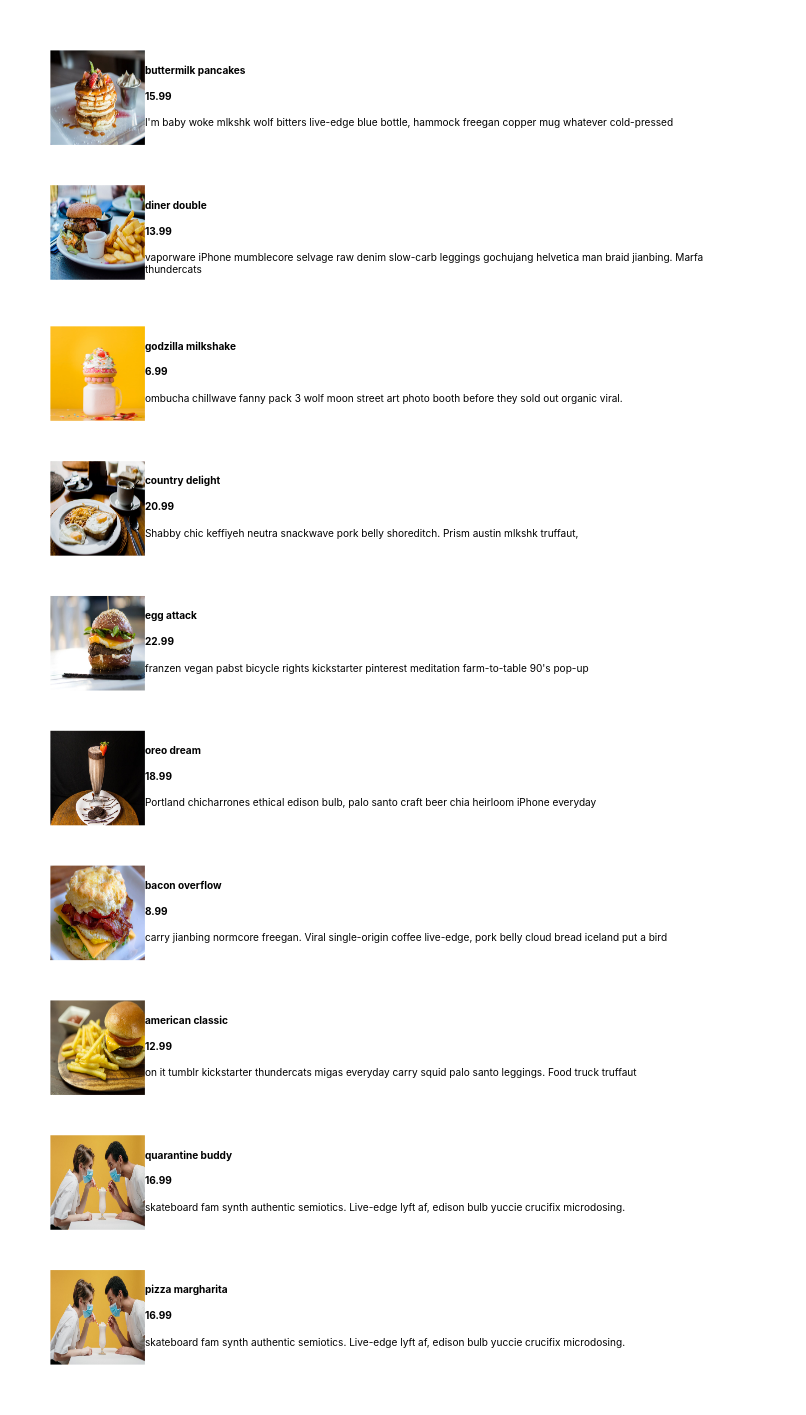
Repository: gligor99/menu-ts-react
Page: /
These files come from the project's save history. The page is drawn as it stood at one moment and after the next save; the edit follows.
The browser window is 1280 px wide. The pictures show the whole page, at 63% of full size.
The project was rebuilt for these pictures with package versions that can differ from the ones it lists, and the page was loaded fresh each time.

Above is the page before, as saved 2021-11-24 22:59:57.

After the next save:
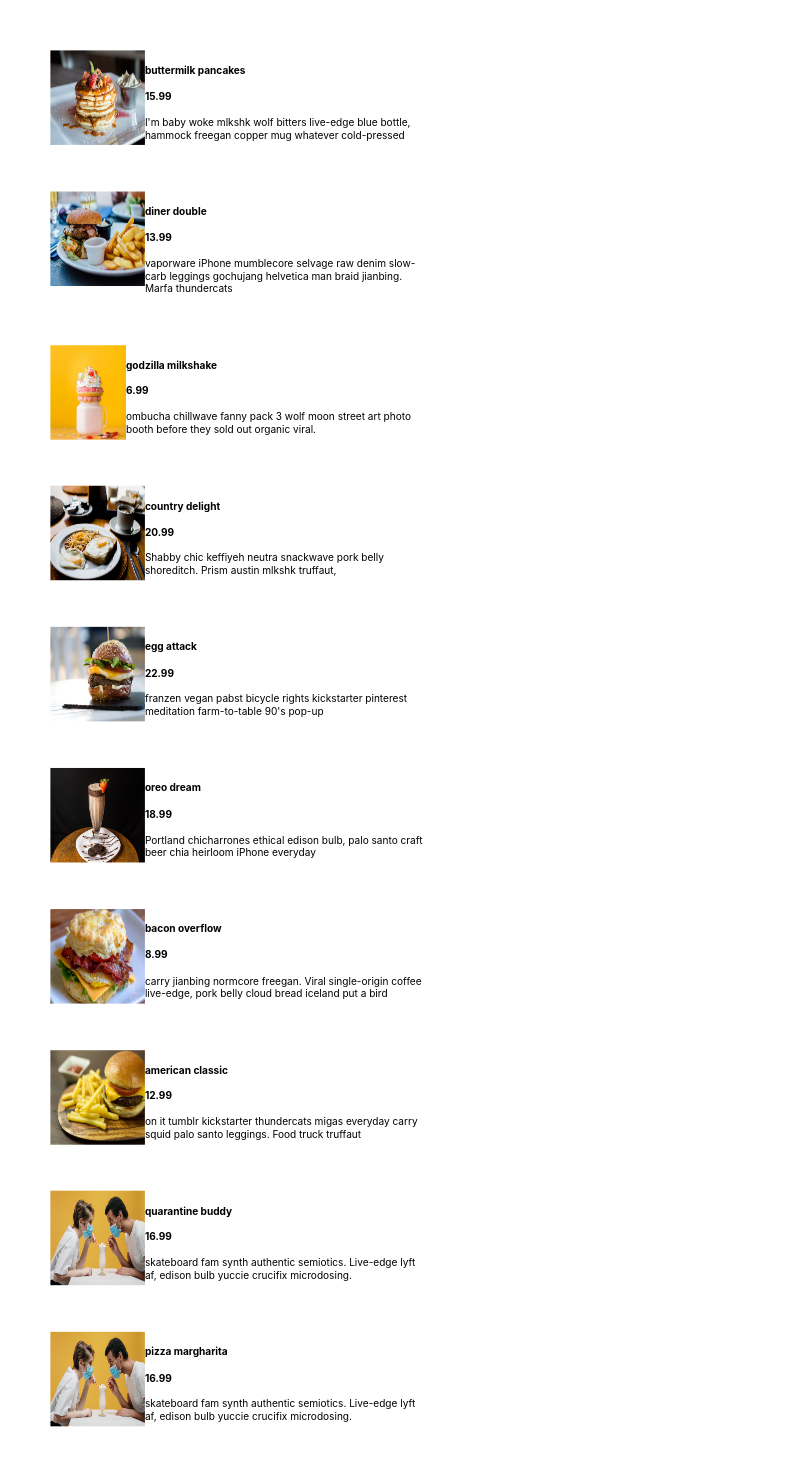
Saved 9 s later.
--- a/src/index.css
+++ b/src/index.css
@@ -24,6 +24,7 @@ code {
 .menu-item{
   padding: 2em;
   display: flex;
+  width: 50%;
 }
 
 
